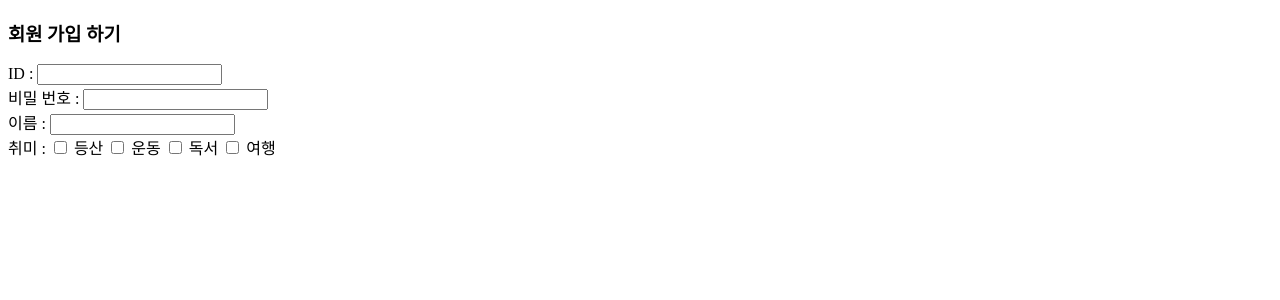
Repository: parkhayoung615/SchoolWebJSP_3
Page: http://localhost/220316/
An editor plug-in stored every save of this project. The page is shown before and after the next save, followed by the edit.
The browser window is 1280 px wide. The pictures show the whole page.
The page is served by Tomcat 9.

Above is the page before, as saved 2022-03-16 00:43:17.

### 220316/220316/WebContent/index.jsp
<%@ page language="java" contentType="text/html; charset=UTF-8"
    pageEncoding="UTF-8"%>
<!DOCTYPE html>
<html>
<head>
<meta charset="UTF-8">
<title>Insert title here</title>
</head>
<body>
	<h3>회원 가입 하기</h3>
	<form action="/Test01/member" method="get">
		ID : <input type="text" name="id"> <br>
		비밀 번호 : <input type="password" name="pwd"> <br>
		이름 : <input type="text" name="name"> <br>
		취미 :
		<input type="checkbox" name="hobby" value="climbing"> 등산
		<input type="checkbox" name="hobby" value="sports"> 운동
		<input type="checkbox" name="hobby" value="reading"> 독서
		<input type="checkbox" name="hobby" value="traveling"> 여행

	</form>
</body>
</html>

After the next save:
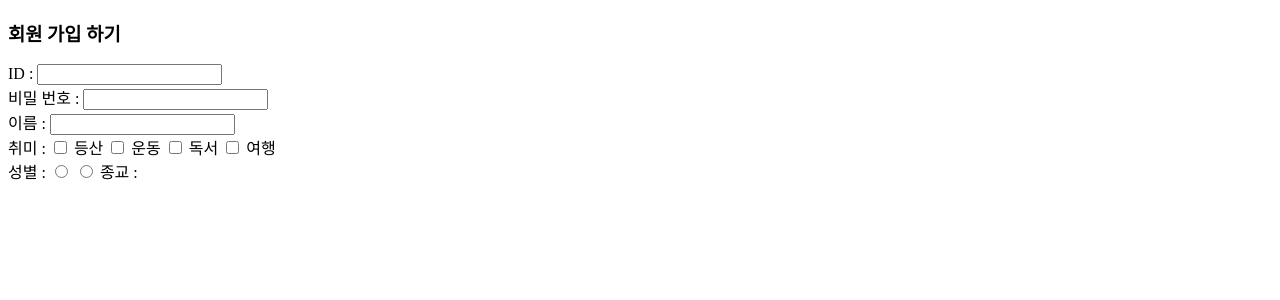
Saved 60 s later.
--- a/220316/220316/WebContent/index.jsp
+++ b/220316/220316/WebContent/index.jsp
@@ -17,6 +17,11 @@
 		<input type="checkbox" name="hobby" value="sports"> 운동
 		<input type="checkbox" name="hobby" value="reading"> 독서
 		<input type="checkbox" name="hobby" value="traveling"> 여행
+		<br>
+		성별 :
+		<input type="radio" name="gender" value="male">
+		<input type="radio" name="gender" value="female">
+		종교 :
 
 	</form>
 </body>
